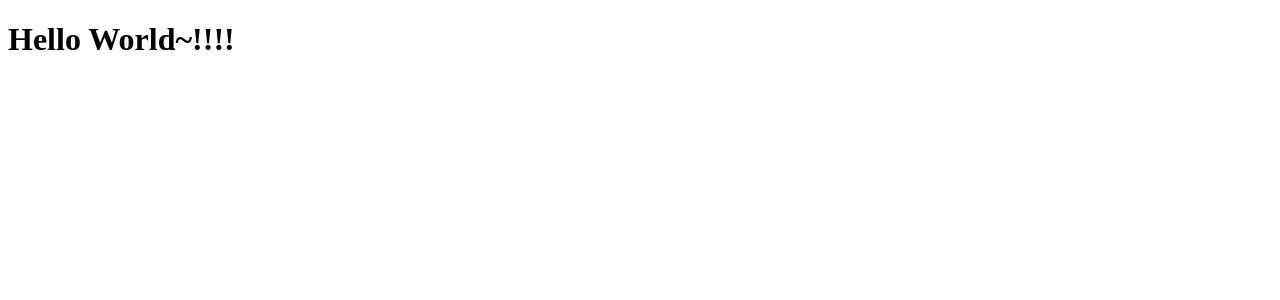
Repository: dhalfks/jsp_230602
Page: http://localhost/jsp_study/
These files come from the project's save history. The page is drawn as it stood at one moment and after the next save; the edit follows.
The browser window is 1280 px wide. The pictures show the whole page.
The page is served by Tomcat 9. Nobody is signed in. The application's start-up code is not run. Other server files are loaded and not shown.

Above is the page before, as saved 2023-05-10 23:57:51.

### jsp_project1/jsp_study/src/main/webapp/index.jsp
<%@ page language="java" contentType="text/html; charset=UTF-8"
    pageEncoding="UTF-8"%>
<!DOCTYPE html>
<html>
<head>
<meta charset="UTF-8">
<title>Index</title>
</head>
<body>
	<h1>
		Hello World~!!!!
	</h1>

</body>
</html>

After the next save:
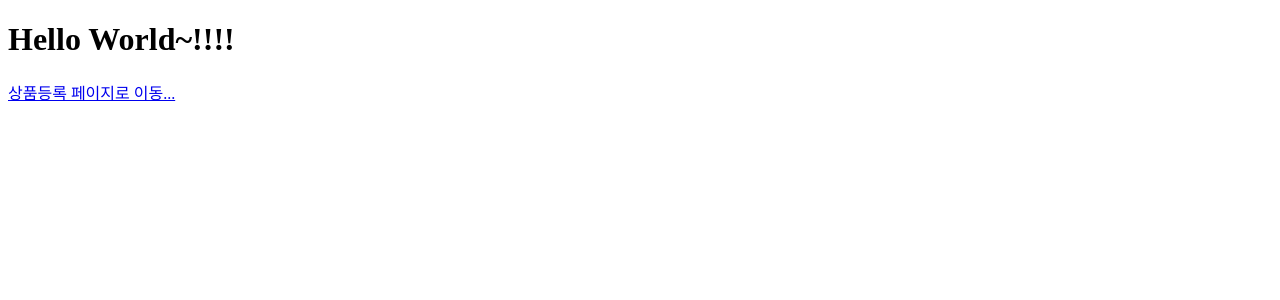
Saved 16 min 13 s later.
--- a/jsp_project1/jsp_study/src/main/webapp/index.jsp
+++ b/jsp_project1/jsp_study/src/main/webapp/index.jsp
@@ -11,5 +11,7 @@
 		Hello World~!!!!
 	</h1>
 
+	<a href="register.pd">상품등록 페이지로 이동...</a>
+
 </body>
 </html>
